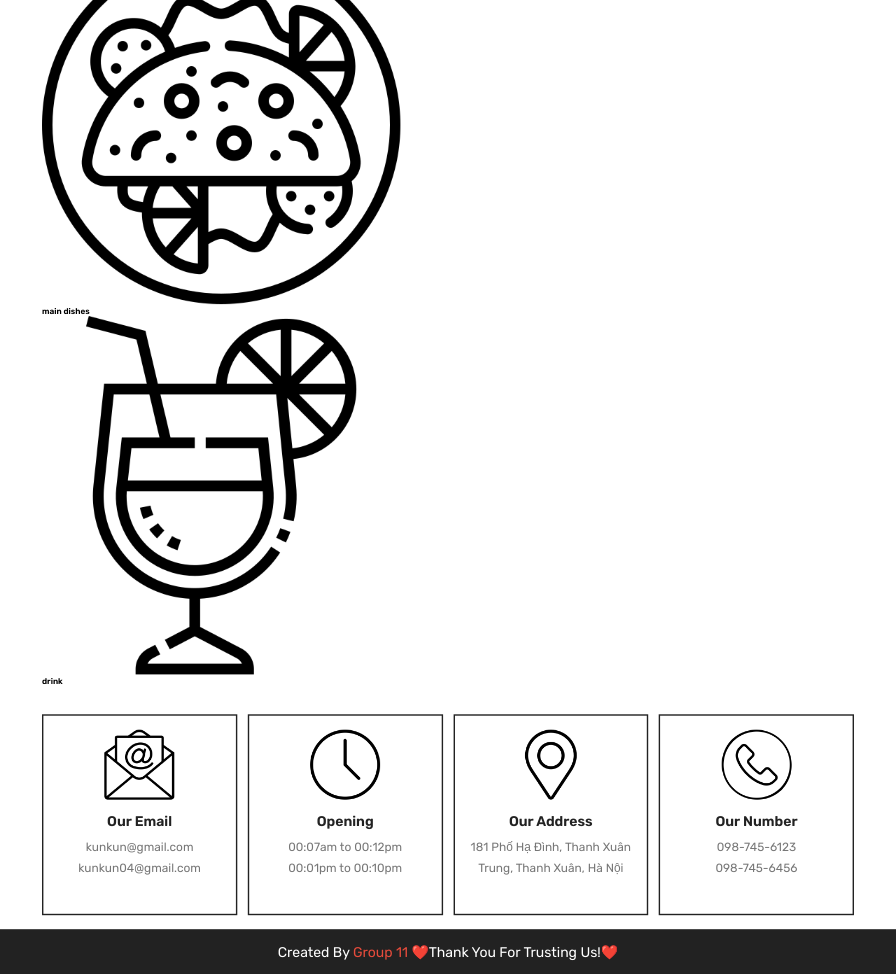
Repository: VuongLinhDinh/jummy_food
Page: home.html
The author's editor kept a copy of each file at every save. The page is drawn from the files as they stood at one save, then again after a run of saves.
The browser window is 1280 px wide. The pictures show the part of the page from y = 1409 to 3329 px (the page is 2800 px tall before and 3329 px after), at 70% of full size.
Some web libraries are served in a nearby version.

Above is the page before, as saved 2023-11-07 22:57:49.

### home.html
<!DOCTYPE html>
<html lang="en">
<head>
    <meta charset="UTF-8">
    <meta name="viewport" content="width=device-width, initial-scale=1.0">
    <title>Home</title>
    <link rel="stylesheet" href="https://cdn.jsdelivr.net/npm/swiper@11/swiper-bundle.min.css"/>
    <!-- font awesome cdn link -->
    <link rel="stylesheet" href="https://cdnjs.cloudflare.com/ajax/libs/font-awesome/6.1.1/css/all.min.css">
    <!-- custom css -->
    <link rel="stylesheet" href="./css/style.css">
</head>
<body>
    <!-- header section starts  -->
    <header class="header">
        <section class="flex">
            <a href="home.html" class="logo">jummy-food 😋</a>
            <nav class="navbar">
                <a href="home.html">home</a>
                <a href="about.html">about</a>
                <a href="menu.html">menu</a>
                <a href="orders.html">orders</a>
            </nav>
            <div class="icons">
                <a href="search.html"><i class="fas fa-search"></i></a>
                <a href="cart.html"><i class="fas fa-shopping-cart"></i><span>(5)</span></a>
                <div id="user-btn" class="fas fa-user"></div>
                <div id="menu-btn" class="fas fa-bars"></div>
            </div>
            <div class="profile">
                <p class="name">Kun Aquero</p>
                <div class="flex">
                    <a href="profile.html" class="btn">profile</a>
                    <a href="#" class="delete-btn">logout</a>
                </div>
                <p class="account"><a href="login.html">login</a> or <a href="login.html">register</a></p>
            </div>
        </section>
    </header>
    <!-- header section end  -->

    <!-- hero section starts  -->
    <section class="hero">
      <div class="swiper mySwiper hero-slider">
        <div class="swiper-wrapper">
            <div class="swiper-slide slide">
                <div class="content">
                    <span>order online</span>
                    <h3>delicious pizza</h3>
                    <a href="menu.html" class="btn">See Menu</a>
                </div>
                <div class="image">
                    <img src="./images/home-img-1.png" alt="">
                </div>
            </div>

            <div class="swiper-slide slide">
                <div class="content">
                    <span>order online</span>
                    <h3>chezzy hamburger</h3>
                    <a href="menu.html" class="btn">See Menu</a>
                </div>
                <div class="image">
                    <img src="./images/home-img-2.png" alt="">
                </div>
            </div>

            <div class="swiper-slide slide">
                <div class="content">
                    <span>order online</span>
                    <h3>rosted chicken</h3>
                    <a href="menu.html" class="btn">See Menu</a>
                </div>
                <div class="image">
                    <img src="./images/home-img-3.png" alt="">
                </div>
            </div>
        </div>
        <div class="swiper-pagination"></div>
      </div>
    </section>
    <!-- hero section end  -->

    <!-- category section starts  -->
    <section class="category">
        <h1 class="title">food category</h1>
        <div class="box-container">
            <div class="box">
                <img src="images/cat-1.png" alt="cat1">
                <h3>fast food</h3>
            </div>
            <div class="box">
                <img src="images/cat-2.png" alt="cat1">
                <h3>main dishes</h3>
            </div>
            <div class="box">
                <img src="images/cat-3.png" alt="cat1">
                <h3>drink</h3>
            </div>
        </div>
    </section>
    <!-- category section end  -->

    <!-- footer section starts  -->
    <footer class="footer">
        <section class="grid">
            <div class="box">
                <img src="images/email-icon.png" alt="">
                <h3>our email</h3>
                <a href="mailto:kunkun@gmail.com">kunkun@gmail.com</a>
                <a href="mailto:kun04@gmail.com">kunkun04@gmail.com</a>
            </div>

            <div class="box">
                <img src="images/clock-icon.png" alt="">
                <h3>opening</h3>
                <p>
                    00:07am to 00:12pm
                    00:01pm to 00:10pm
                </p>
            </div>

            <div class="box">
                <img src="images/map-icon.png" alt="">
                <h3>our address</h3>
                <a href="https://www.google.com/maps/place/181+P.+H%E1%BA%A1+%C4%90%C3%ACnh,+H%E1%BA%A1+%C4%90%C3%ACnh,+Thanh+Xu%C3%A2n,+H%C3%A0+N%E1%BB%99i,+Vi%E1%BB%87t+Nam/@20.9891313,105.8056888,17z/data=!3m1!4b1!4m5!3m4!1s0x3135ac952468595f:0xd4c0347109838030!8m2!3d20.9891263!4d105.8082691?hl=vi-VN&entry=ttu">181 Phố Hạ Đình, Thanh Xuân Trung, Thanh Xuân, Hà Nội</a>
            </div>

            <div class="box">
                <img src="images/phone-icon.png" alt="">
                <h3>our number</h3>
                <a href="tel:0987456123">098-745-6123</a>
                <a href="tel:0987456456">098-745-6456</a>
            </div>
        </section>
        <div class="credit">created by <span>group 11</span> ❤️Thank you for trusting us!❤️</div>
    </footer>
    <!-- footer section end  -->
    <script src="https://cdn.jsdelivr.net/npm/swiper@11/swiper-bundle.min.js"></script>
    <script>
        var swiper = new Swiper(".hero-slider", {
            loop:true,
            effect: "flip",
            grabCursor: true,
            pagination: {
                el: ".swiper-pagination",
                Clipboard: true,
            },
        });
    </script>
    <!-- custom js file -->
    <script src="./js/script.js"></script>
</body>
</html>

### css/style.css
@import url('https://fonts.googleapis.com/css2?family=Nunito:wght@200;300;400;600;700&family=Rubik:wght@300;400;500;600&display=swap');
:root {
    --yellow: #fed330;
    --red: #e74c3c;
    --white: #fff;
    --black: #222;
    --light-color: #777;
    --border: .2rem solid var(--black);
}
*{
    font-family: 'Rubik', sans-serif;
    margin: 0; padding: 0;
    box-sizing: border-box;
    outline: none; border: none;
    text-decoration: none;
}
*::selection {
    background-color: var(--yellow);
    color: var(--white);
}
::-webkit-scrollbar {
    height: 0.5rem;
    width: 1rem;
}
::-webkit-scrollbar-track {
    background-color: transparent;
}
::-webkit-scrollbar-thumb {
    background-color: var(--yellow);
}
html {
    font-size:  62.5%;
    overflow-x: hidden;
    scroll-behavior: smooth;
    stop-opacity: 7rem;
}
section {
    margin: 0 auto;
    max-width: 1200px;
    padding: 2rem;
}
.btn, .delete-btn {
    margin-top: 1rem;
    display: inline-block;
    font-size: 2rem;
    padding: 1rem 3rem;
    opacity: .6;
    cursor: pointer;
}
.btn:hover, .delete-btn:hover {
    /* letter-spacing: .2rem; */
    transition:  .2s linear;
    opacity: 1;
}
.btn {
    background-color: var(--yellow);
    color: var(--black);
}
.delete-btn {
    background-color: var(--red);
    color: var(--white);
}
.header {
    position: sticky;
    top: 0; left: 0; right: 0;
    z-index: 1000;
    background-color: var(--white);
    border-bottom: var(--border);
}
.header .flex {
    display: flex;
    align-items: center;
    justify-content: space-between;
    position: relative;
}
.header .flex .logo {
    font-size: 2.5rem;
    color: var(--black);
}
.header .flex .navbar a {
    font-size: 2rem;
    color: var(--black);
    margin: 0 1rem;

}
.header .flex .navbar a:hover {
    color: var(--yellow);
    text-decoration: underline;
}
.header .flex .icons > * {
    margin-left: 1.5rem;
    font-size: 2.5rem;
    color: var(--black);
    cursor: pointer;
}
.header .flex .icons > *:hover {
    color: var(--yellow);
}
#menu-btn {
    display: none;
}
.header .flex .profile {
    background-color: var(--white);
    border: var(--border);
    padding: 1.5rem;
    text-align: center;
    position: absolute;
    top: 125%; right: 2rem;
    width: 30rem;
    display: none;
    animation: fadeIn .2s linear;
}
.header .flex .profile.active {
    display: block;
}
@keyframes fadeIn {
    0% {
        transform: translateY(1rem);
    }
}
.header .flex .profile .name {
    font-size: 2rem;
    color: var(--black);
    margin-bottom: 1rem;
}
.header .flex .profile .account {
    margin-top: 1rem;
    font-size: 2rem;
    color: var(--light-color);
}
.header .flex .profile .account a {
    color: var(--black);
}
.header .flex .profile .account a:hover {
    color: var(--yellow);
    text-decoration: underline;
}
.hero .slide {
    display: flex;
    align-items: center;
    flex-wrap: wrap-reverse;
    gap: 2rem;
    margin-bottom: 4rem;
}
.hero .slide .image {
    flex: 1 1 40rem;
}
.hero .slide .image img {
    width: 100%;
}
.hero .slide .content {
    flex: 1 1 40rem;
    text-align: center;
}
.hero .slide .content span {
    font-size: 2.5rem;
    color: var(--light-color);
}
.hero .slide .content h3 {
    margin: 1rem 0;
    font-size: 6rem;
    color: var(--black);
    text-transform: capitalize;
}
.swiper-pagination-bullet-active{
    background-color: var(--yellow);
}












































.footer .grid {
    display: grid;
    grid-template-columns: repeat(auto-fit, minmax(27rem, 1fr));
    gap: 1.5rem;
    align-items: flex-start;
}
.footer .grid .box {
    border: var(--border);
    padding: 2rem;
    padding-bottom: 5rem;
    text-align: center;
}
.footer .grid .box img {
    height: 10rem;
    width: 100%;
    object-fit: contain;
    margin-bottom: .5rem;
}
.footer .grid .box h3 {
    margin: 1rem 0;
    font-size: 2rem;
    color: var(--black);
    text-transform: capitalize;
}
.footer .grid .box p,
.footer .grid .box a {
    display: block;
    font-size: 1.7rem;
    color: var(--light-color);
    line-height: 1.8;
}
.footer .grid .box a:hover {
    text-decoration: underline;
}
.credit {
    padding: 2rem;
    text-align: center;
    background-color: var(--black);
    color: var(--white);
    font-size: 2rem;
    text-transform: capitalize;
}
.credit span {
    color: var(--red);

}

/* media query  */
@media (max-width: 991px) {
    html {
        font-size: 55%;
    }
}
@media (max-width: 768px) {
    #menu-btn {
        display: inline-block;
    }
    .header .flex .navbar {
        position: absolute;
        top: 99%; left: 0; right: 0;
        border-top: var(--border);
        border-bottom: var(--border);
        background-color: var(--white);
        transition:  .2s linear;
        clip-path: polygon(0 0, 100% 0, 100% 0, 0 0);
    }
    .header .flex .navbar a {
        display: block;
        margin: 2rem;
    }
    .header .flex .navbar.active {
        clip-path: polygon(0 0, 100% 0, 100% 100%, 0 100%);
    }
}
@media (max-width: 450px) {
    html {
        font-size: 50%;
    }
    .header .flex .logo {
        font-size: 2rem;
    }
    .hero .slide .content h3 {
        font-size: 5rem;
    }
}

### js/script.js
navbar = document.querySelector('.header .flex .navbar');
document.querySelector('#menu-btn').onclick = () => {
    navbar.classList.toggle('active');
    profile.classList.remove('active');
}
profile = document.querySelector('.header .flex .profile');
document.querySelector('#user-btn').onclick = () => {
    profile.classList.toggle('active');
    navbar.classList.remove('active');
}
window.onscroll = () => {
    navbar.classList.remove('active');
    profile.classList.remove('active');
}

After the next 2 saves:
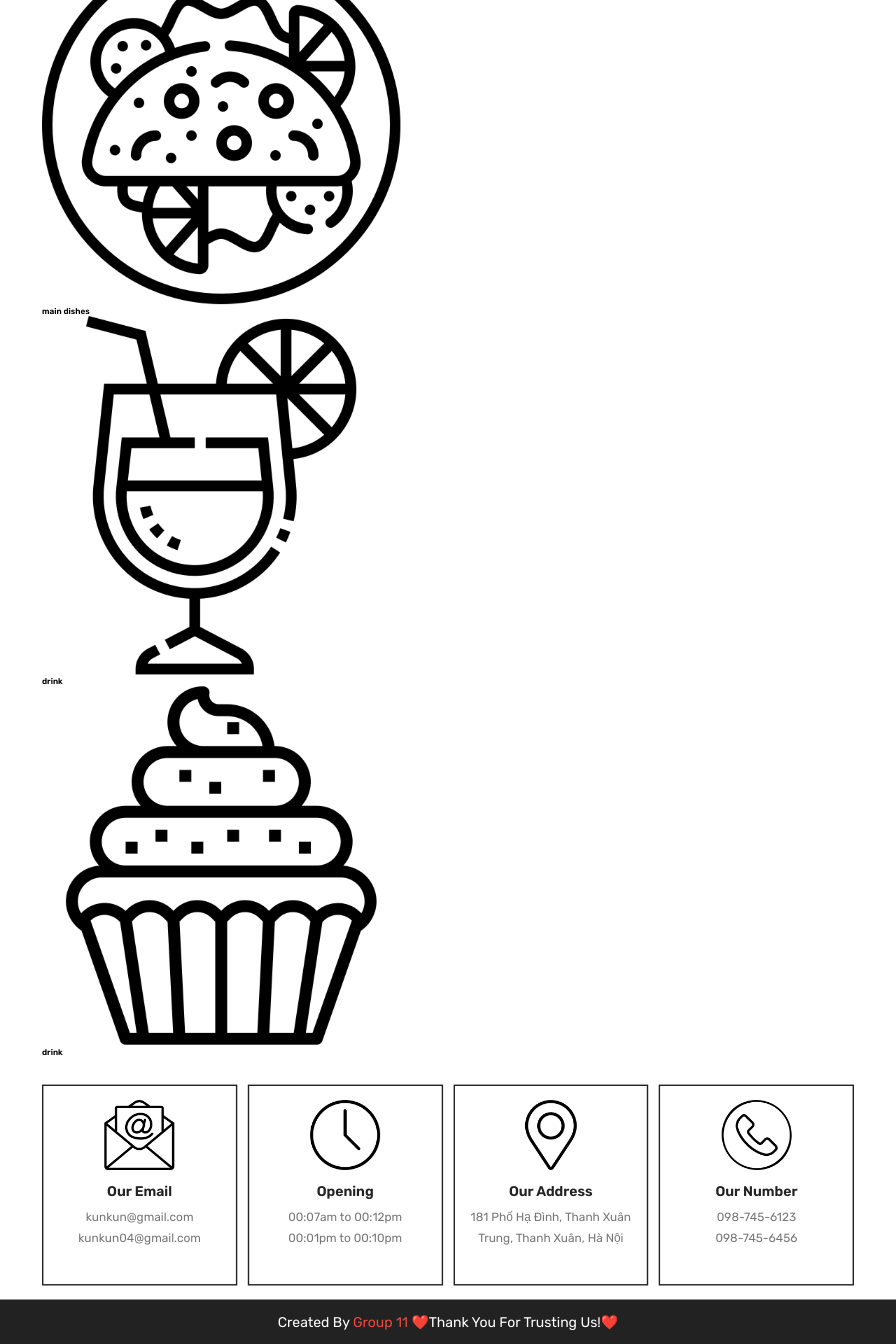
The 2 saves are shown as one change because they came seconds apart.
The last was saved 56 s later.
--- a/home.html
+++ b/home.html
@@ -97,6 +97,10 @@
                 <img src="images/cat-3.png" alt="cat1">
                 <h3>drink</h3>
             </div>
+            <div class="box">
+                <img src="images/cat-4.png" alt="cat1">
+                <h3>drink</h3>
+            </div>
         </div>
     </section>
     <!-- category section end  -->
